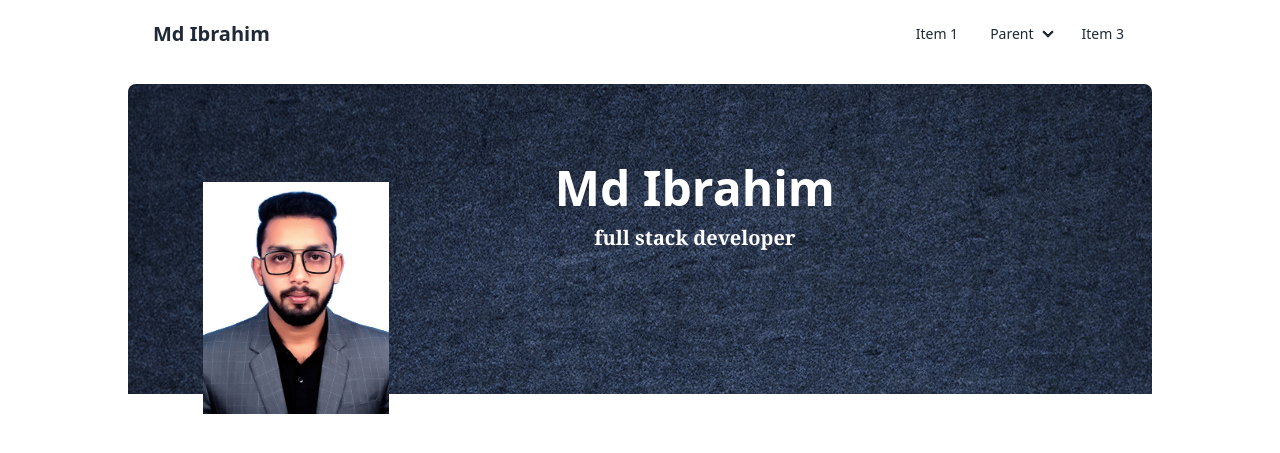
Repository: mdrubel02/portfilo
Page: /
These files come from the project's save history. The page is drawn as it stood at one moment and after the next save; the edit follows.
The browser window is 1280 px wide. The pictures show the whole page.
The project was rebuilt for these pictures with package versions that can differ from the ones it lists, and the page was loaded fresh each time. Also part of the build but not shown: vite.config.js.

Above is the page before, as saved 2023-06-25 14:24:52.

### src/main.jsx
import React from 'react'
import ReactDOM from 'react-dom/client'
import './index.css'
import { RouterProvider } from 'react-router-dom'
import router from './Layout/routes'



ReactDOM.createRoot(document.getElementById('root')).render(
  <React.StrictMode>
    <div className='max-w-screen-lg mx-auto'>
      <RouterProvider router={router} />
    </div>
  </React.StrictMode>,
)

### src/Layout/routes.jsx
import { createBrowserRouter } from "react-router-dom";
import Main from "./Main";
import Home from "../Pages/Home/Home";


const router = createBrowserRouter([
  {
    path: "/",
    element: <Main />,
    children: [
      { path: '/', element: <Home /> },
      { path: '/home', element: <Home /> }
    ]
  }
]);

export default router;

### src/Layout/Main.jsx
import React from 'react';
import Navbar from '../Shared/Navbar/Navbar';
import { Outlet } from 'react-router-dom';

const Main = () => {
    return (
        <div className=''>
            <Navbar />
            <Outlet />
        </div>
    );
};

export default Main;

### src/Pages/Home/Home.jsx
import React from 'react';
import profile from '../../assets/nayeem.jpg'
import banner from '../../assets/background-image.jpg'


const Home = () => {
    return (
        <div className='mt-3'>
            <div
             style={{backgroundImage: `url(${banner})`}}
            className='lg:h-[310px] max-[600px]:h-[450px relative rounded-t-lg'>
                    <div className='lg:flex mt-4'>
                        <div className='lg:w-5/12 flex justify-center items-center '>
                            <img className=' lg:h-3/4 max-[600px]:h-60 lg:absolute lg:bottom-[-20px] lg:left-[75px] mt-9 ' src={profile} alt="profile" />
                        </div>
                        <div className='lg:w-1/2 flex justify-start items-center '>
                            <div className='mt-20 w-auto'>
                                <h3 className='text-5xl text-white font-extrabold font-sans tracking-normal'>Md Ibrahim</h3>
                                <p className='text-center mt-3 text-xl text-white font-bold font-serif'>full stack developer</p>
                            </div>
                        </div>
                    </div>
            </div>
        </div>
    );
};

export default Home;

### src/Shared/Navbar/Navbar.jsx
import React from 'react';

const Navbar = () => {
    return (
        <div className="navbar bg-base-100 ">
            <div className="navbar-start">
            <div className="dropdown ">
                    <label tabIndex={0} className="btn btn-ghost lg:hidden">
                        <svg xmlns="http://www.w3.org/2000/svg" className="h-5 w-5" fill="none" viewBox="0 0 24 24" stroke="currentColor"><path strokeLinecap="round" strokeLinejoin="round" strokeWidth="2" d="M4 6h16M4 12h8m-8 6h16" /></svg>
                    </label>
                    <ul tabIndex={0} className="menu menu-sm dropdown-content mt-3 z-[1] p-2 shadow bg-base-100 rounded-box w-52">
                        <li><a>Item 1</a></li>
                        <li>
                            <a>Parent</a>
                            <ul className="p-2">
                                <li><a>Submenu 1</a></li>
                                <li><a>Submenu 2</a></li>
                            </ul>
                        </li>
                        <li><a>Item 3</a></li>
                    </ul>
                </div>
                <a className="btn btn-ghost normal-case text-xl">Md Ibrahim</a>
            </div>
            <div className="navbar-end hidden lg:flex">
                <ul className="menu menu-horizontal px-1">
                    <li><a>Item 1</a></li>
                    <li tabIndex={0}>
                        <details>
                            <summary>Parent</summary>
                            <ul className="p-2">
                                <li><a>Submenu 1</a></li>
                                <li><a>Submenu 2</a></li>
                            </ul>
                        </details>
                    </li>
                    <li><a>Item 3</a></li>
                </ul>
            </div>


        </div>
    );
};

export default Navbar;

Loaded but not shown: index.html (common file); src/index.css (common file); tailwind.config.js (common file)

After the next save:
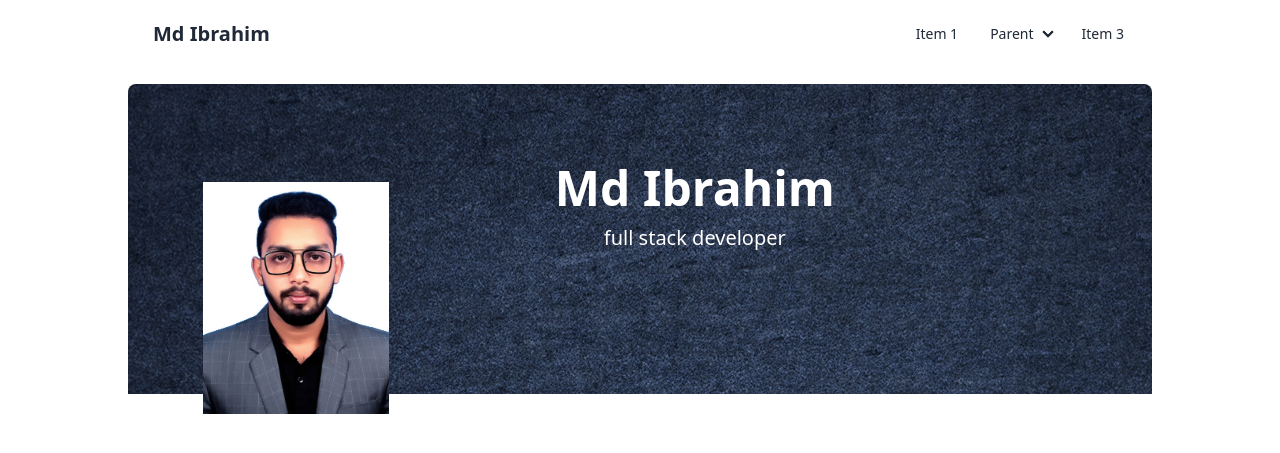
Saved 32 s later.
--- a/src/Pages/Home/Home.jsx
+++ b/src/Pages/Home/Home.jsx
@@ -16,7 +16,7 @@ const Home = () => {
                         <div className='lg:w-1/2 flex justify-start items-center '>
                             <div className='mt-20 w-auto'>
                                 <h3 className='text-5xl text-white font-extrabold font-sans tracking-normal'>Md Ibrahim</h3>
-                                <p className='text-center mt-3 text-xl text-white font-bold font-serif'>full stack developer</p>
+                                <p className='text-center mt-3 text-xl text-white font-bold font-thin'>full stack developer</p>
                             </div>
                         </div>
                     </div>
